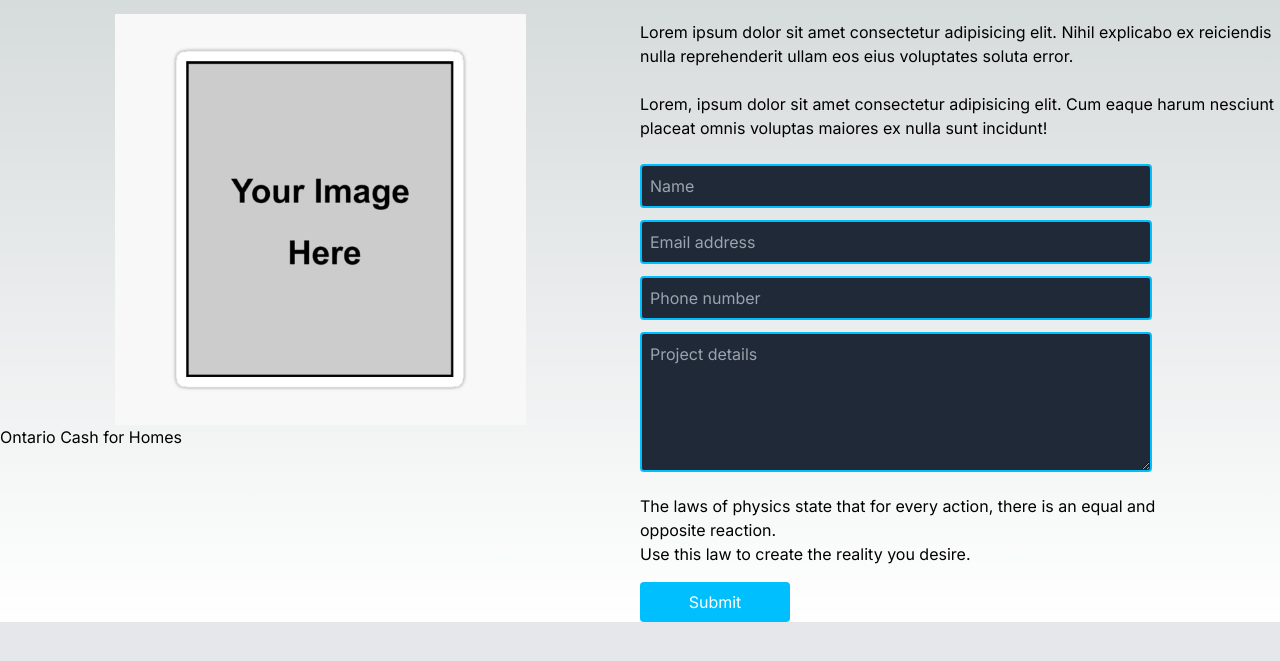
Repository: TMuse333/cash-for-homes
Page: /jv-partners (app in frontend/)
The author's editor kept a copy of each file at every save. The page is drawn from the files as they stood at one save, then again after a run of saves.
The browser window is 1280 px wide. The pictures show the whole page.
The project was rebuilt for these pictures with package versions that can differ from the ones it lists, and the page was loaded fresh each time. The framework's server and built-in components were replaced by stand-ins that run in the browser. Also part of the build but not shown: frontend/next.config.mjs.

Above is the page before, as saved 2024-08-03 17:24:36.

### frontend/src/app/layout.tsx

import { AppProvider } from "@/context/context";
import type { Metadata } from "next";
import { Inter } from "next/font/google";
import "./globals.css";

const inter = Inter({ subsets: ["latin"] });

export const metadata: Metadata = {
  title: "Q3 Designs",
  description: "A website made with the power of the Quantum Realm",
};

export default function RootLayout({
  children,
}: Readonly<{
  children: React.ReactNode;
}>) {
  return (



    <html lang="en">
<AppProvider>


      <body className={inter.className}>{children}</body>
      </AppProvider>
    </html>

  );
}

### frontend/src/app/jv-partners/page.tsx
"use client"
import ContactForm from "@/components/contactForm"
import React from "react"

const ContactPage = () => {


    return <main className="w-screen overflow-x-hidden">
        <ContactForm/>
    </main>
}


export default ContactPage

### frontend/src/context/context.tsx
"use client"
import React, { createContext, useState, useContext, ReactNode, useEffect } from 'react';

interface AppContextType {

  isMobile:boolean,
  setIsMobile:React.Dispatch<React.SetStateAction<boolean>>
  textYPosition:number
  setTextYPosition:React.Dispatch<React.SetStateAction<number>>
}

// Create the context
export const AppContext = createContext<AppContextType | undefined>(undefined);

// Create a provider component
export const AppProvider: React.FC<{ children: ReactNode }> = ({ children }) => {
  // Initialize state for login and user status


  const [isMobile, setIsMobile] = useState(false)

  useEffect(()=>{
    const handleScroll = () => {
      setIsMobile(window.innerWidth <= 655)
    }
    window.addEventListener('scroll',handleScroll)

    handleScroll()

    return () => {
      window.removeEventListener('scroll',handleScroll)
    }
  },[])


  const [textYPosition, setTextYPosition] = useState(0)

   const contextValue = {
    isMobile,
    setIsMobile,
    textYPosition, setTextYPosition
   }


  return <AppContext.Provider value={contextValue}>{children}</AppContext.Provider>;
};

// Custom hook to use context
export const useAppContext = (): AppContextType => {
  const context = useContext(AppContext);
  if (!context) {
    throw new Error('useAppContext must be used within an AppProvider');
  }
  return context;
};

### frontend/src/app/globals.css
@tailwind base;
@tailwind components;
@tailwind utilities;

:root {
  --foreground-rgb: 0, 0, 0;
  --background-start-rgb: 214, 219, 220;
  --background-end-rgb: 255, 255, 255;
  background-color: #e5e7eb;
}

@media (prefers-color-scheme: dark) {
  :root {
    --foreground-rgb: 255, 255, 255;
    --background-start-rgb: 0, 0, 0;
    --background-end-rgb: 0, 0, 0;
  }
}

body {
  color: rgb(var(--foreground-rgb));
  background: linear-gradient(
      to bottom,
      transparent,
      rgb(var(--background-end-rgb))
    )
    rgb(var(--background-start-rgb));
}

@layer utilities {
  .text-balance {
    text-wrap: balance;
  }
}

### frontend/src/components/contactForm.tsx


// Assuming you're using TypeScript, ensure the imports and types are correct
import React, { useState, ChangeEvent, FormEvent } from 'react';
import Image from 'next/image';
import { motion } from 'framer-motion';
import logo from '../../public/place-holder.jpeg';
import axios from 'axios';
const ContactForm = () => {
    const [formData, setFormData] = useState({
        name: '',
        email: '',
        phone:'',
        projectDetails: '',
    });

    const [error, setError] = useState<string | null>(null);
    const [success, setSuccess] = useState<string | null>(null);


    const handleChange = (e: ChangeEvent<HTMLInputElement | HTMLTextAreaElement>) => {
        const { name, value } = e.target;
        setFormData({
            ...formData,
            [name]: value,
        });
    };

    const handleSubmit = async (e: React.FormEvent) => {
        e.preventDefault();

        try {
            const response = await axios.post('/api/sendEmail', {
                name: formData.name,
                email: formData.email,
                phone: formData.phone,
                projectDetails: formData.projectDetails,
            });
            console.log(response.data);
            alert('Form submitted successfully!');
            setFormData({ name: '', email: '', phone: '', projectDetails: '' });
        } catch (error) {
            console.error('Error submitting form:', error);
            alert('Failed to submit form.');
        }
    };


    const tenets = [
        'Creativity',
        'Speed',
        'Discipline',
        'Tenacity',
    ];

    return (
        <section className='flex overflow-x-hidden justify-center items-center'>
            <div className='hidden sm:block sm:w-[50vw] ml-auto mr-auto flex flex-col items-start'>
                <Image
                    src={logo}
                    alt="Q3 logo"
                    className='w-[40vw] mt-[-10rem] ml-auto mr-auto
                    max-h-[540px] max-w-[411px] object-cover'
                />
                {/* <ul className='text-center'>
                    {tenets.map((tenet, index) => (
                        <motion.li
                            key={index}
                            initial={{
                                opacity: 0,
                                x: index % 2 === 0 ? 100 : -100,
                            }}
                            animate={{
                                opacity: 1,
                                x: 0,
                                transition: {
                                    delay: index * 0.4,
                                },
                            }}
                            className='text-white mb-1'
                        >
                            {tenet}
                        </motion.li>
                    ))}
                    <motion.li
                        initial={{ opacity: 0 }}
                        animate={{
                            opacity: 1,
                            transition: { delay: tenets.length * 0.4 },
                        }}
                        className='text-2xl text-[#00bfff]'
                    >
                        We will get it done
                    </motion.li>
                </ul> */}
                <p>Ontario Cash for Homes</p>
            </div>
            <div className='w-[90vw] ml-auto mr-auto sm:w-[50vw]'>
                <Image
                    src={logo}
                    alt="Q3 logo"
                    className='w-[20vw] object-cover ml-auto mr-auto sm:hidden
                    max-h-[590px]
                    max-w-[445px]'
                />
                <section className='w-[90%] sm:w-auto mt-5 mr-auto'>
                    <p>
                       Lorem ipsum dolor sit amet consectetur adipisicing elit. Nihil explicabo ex reiciendis nulla reprehenderit ullam eos eius voluptates soluta error.
                    </p>
                    <br />
                    <p>
                       Lorem, ipsum dolor sit amet consectetur adipisicing elit. Cum eaque harum nesciunt placeat omnis voluptas maiores ex nulla sunt incidunt!
                    </p>
                </section>
                <form onSubmit={handleSubmit} className='w-[90vw] mt-5 ml-auto mr-auto flex flex-col justify-center items-center'>
                    <label className='mb-2 w-[90vw]'>
                        <input
                            type='text'
                            name='name'
                            value={formData.name}
                            onChange={handleChange}
                            className='border-2 w-full sm:w-[40vw] ml-auto mr-auto border-[#00bfff] p-2 rounded mt-1 bg-gray-800'
                            required
                            placeholder='Name'
                        />
                    </label>
                    <label className='mb-2 w-[90vw] sm:w-[40vw] mr-auto'>
                        <input
                            type='email'
                            name='email'
                            value={formData.email}
                            onChange={handleChange}
                            className='border-2 w-full mr-auto border-[#00bfff] p-2 rounded mt-1 bg-gray-800'
                            required
                            placeholder='Email address'
                        />
                    </label>
                    <label className='mb-2 w-[90vw]'>
                        <input
                            type='text'
                            name='phone'
                            value={formData.phone}
                            onChange={handleChange}
                            className='border-2 w-full sm:w-[40vw] ml-auto mr-auto border-[#00bfff] p-2 rounded mt-1 bg-gray-800'
                            required
                            placeholder='Phone number'
                        />
                    </label>
                    <label className='w-full sm:w-[40vw] mr-auto'>
                        <textarea
                            name='projectDetails'
                            value={formData.projectDetails}
                            onChange={handleChange}
                            className='border-2 w-full border-[#00bfff] p-2 rounded mt-1 bg-gray-800'
                            rows={5}
                            required
                            placeholder='Project details'
                        />
                    </label>
                    <p className='w-[90%] sm:w-[45vw] mt-4 mr-auto'>
                        The laws of physics state that for every action, there is an equal and opposite reaction.
                        <br /> Use this law to create the reality you desire.
                    </p>
                    <button
                        type='submit'
                        className='bg-[#00bfff] w-[150px] mr-auto text-white p-2 rounded mt-4 hover:bg-blue-600 sm:ml-0'
                    >
                        Submit
                    </button>
                </form>
            </div>
        </section>
    );
};

export default ContactForm;

Loaded but not shown: frontend/tailwind.config.ts (common file)

After the next 2 saves:
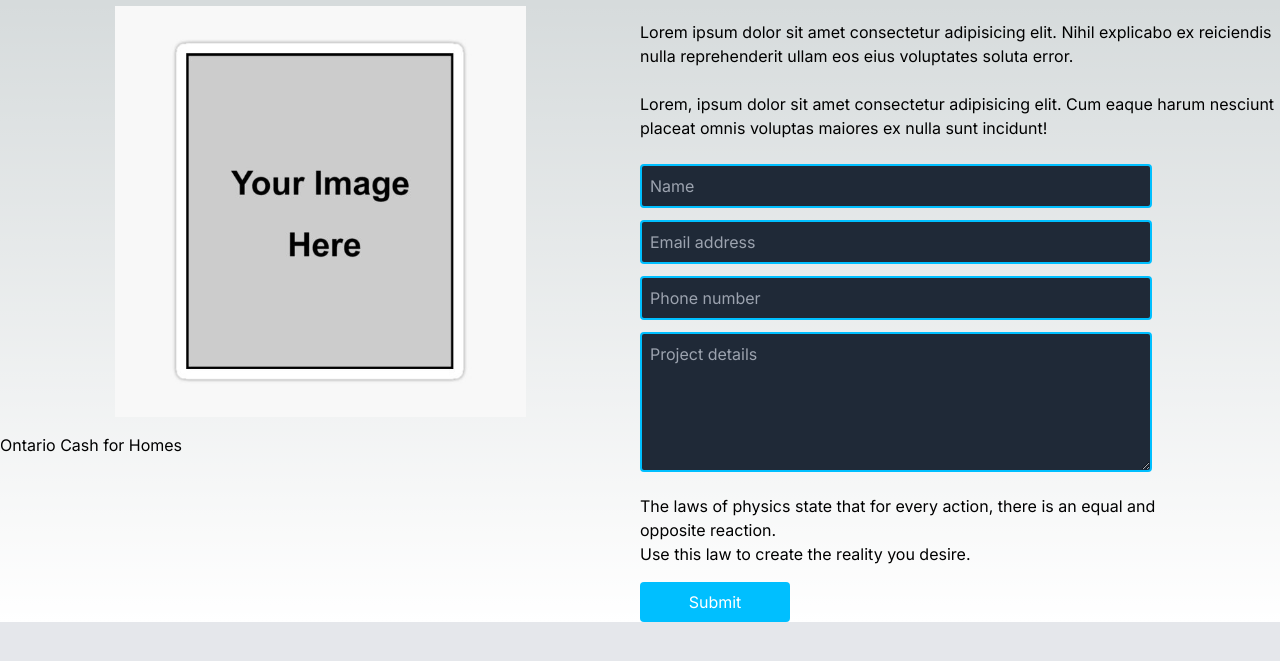
The 2 saves are shown as one change because they came seconds apart.
The last was saved 11 s later.
--- a/frontend/src/components/contactForm.tsx
+++ b/frontend/src/components/contactForm.tsx
@@ -93,7 +93,7 @@ const ContactForm = () => {
                         We will get it done
                     </motion.li>
                 </ul> */}
-                <p>Ontario Cash for Homes</p>
+                <p className='ml-auto mr-auto mt-4'>Ontario Cash for Homes</p>
             </div>
             <div className='w-[90vw] ml-auto mr-auto sm:w-[50vw]'>
                 <Image
